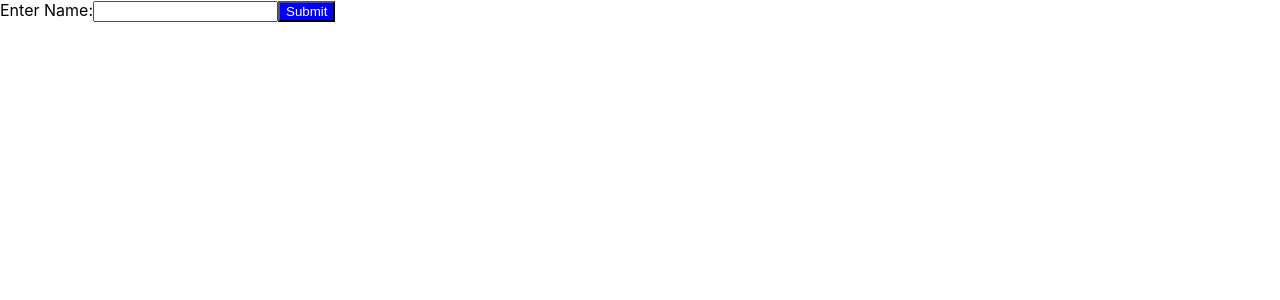
Repository: geedtd/udemyreact
Page: /
These files come from the project's save history. The page is drawn as it stood at one moment and after the next save; the edit follows.
The browser window is 1280 px wide. The pictures show the whole page.
The project was rebuilt for these pictures with package versions that can differ from the ones it lists, and the page was loaded fresh each time. Also part of the build but not shown: src/App.css.

Above is the page before, as saved 2020-03-12 16:31:13.

### src/index.js
import React from 'react';
import ReactDOM from 'react-dom';
import './index.css';
import App from './App';
import * as serviceWorker from './serviceWorker';




ReactDOM.render(<App />, document.getElementById('root'));

// If you want your app to work offline and load faster, you can change
// unregister() to register() below. Note this comes with some pitfalls.
// Learn more about service workers: https://bit.ly/CRA-PWA
serviceWorker.unregister();

### src/App.js
import React from 'react';

import './App.css';

const App = () => {
  return (
  <div>
    <label className="label" for="name">
      Enter Name:
    </label>
    <input id="name" type="text" />
    <button style={{backgroundColor: 'blue', color: 'white'}}>Submit</button>
  </div>
  )
}

export default App;

Loaded but not shown: public/index.html (common file); src/index.css (common file); src/serviceWorker.js (common file)

After the next save:
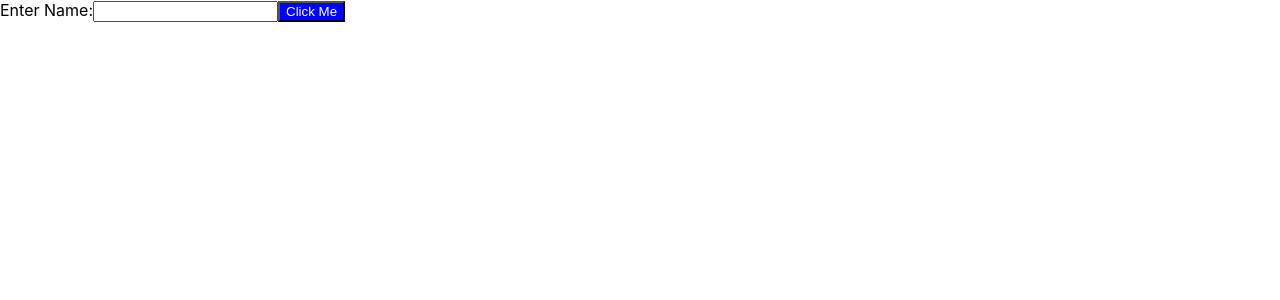
Saved 5 min 52 s later.
--- a/src/App.js
+++ b/src/App.js
@@ -3,13 +3,15 @@ import React from 'react';
 import './App.css';
 
 const App = () => {
+const buttonText="Click Me";
+
   return (
   <div>
     <label className="label" for="name">
       Enter Name:
     </label>
     <input id="name" type="text" />
-    <button style={{backgroundColor: 'blue', color: 'white'}}>Submit</button>
+    <button style={{backgroundColor: 'blue', color: 'white'}}>{buttonText}</button>
   </div>
   )
 }
